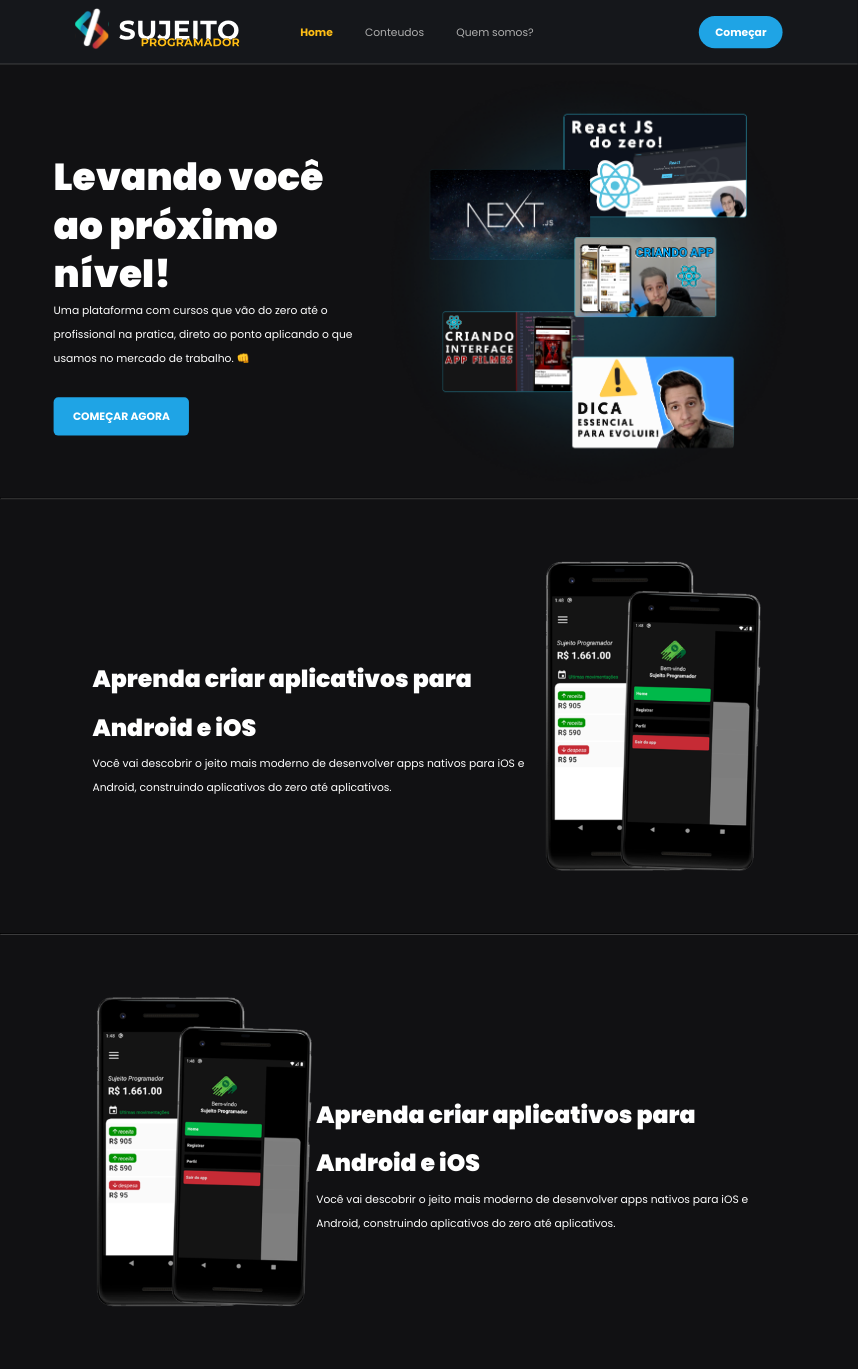
Repository: ArthurHendrich/Blog
Page: /
The author's editor kept a copy of each file at every save. The page is drawn from the files as they stood at one save, then again after the next save.
The browser window is 1280 px wide. The pictures show the whole page, at 67% of full size.
The project was rebuilt for these pictures with package versions that can differ from the ones it lists, and the page was loaded fresh each time. The framework's server and built-in components were replaced by stand-ins that run in the browser. Also part of the build but not shown: next.config.js.

Above is the page before, as saved 2022-07-05 23:55:34.

After the next save:
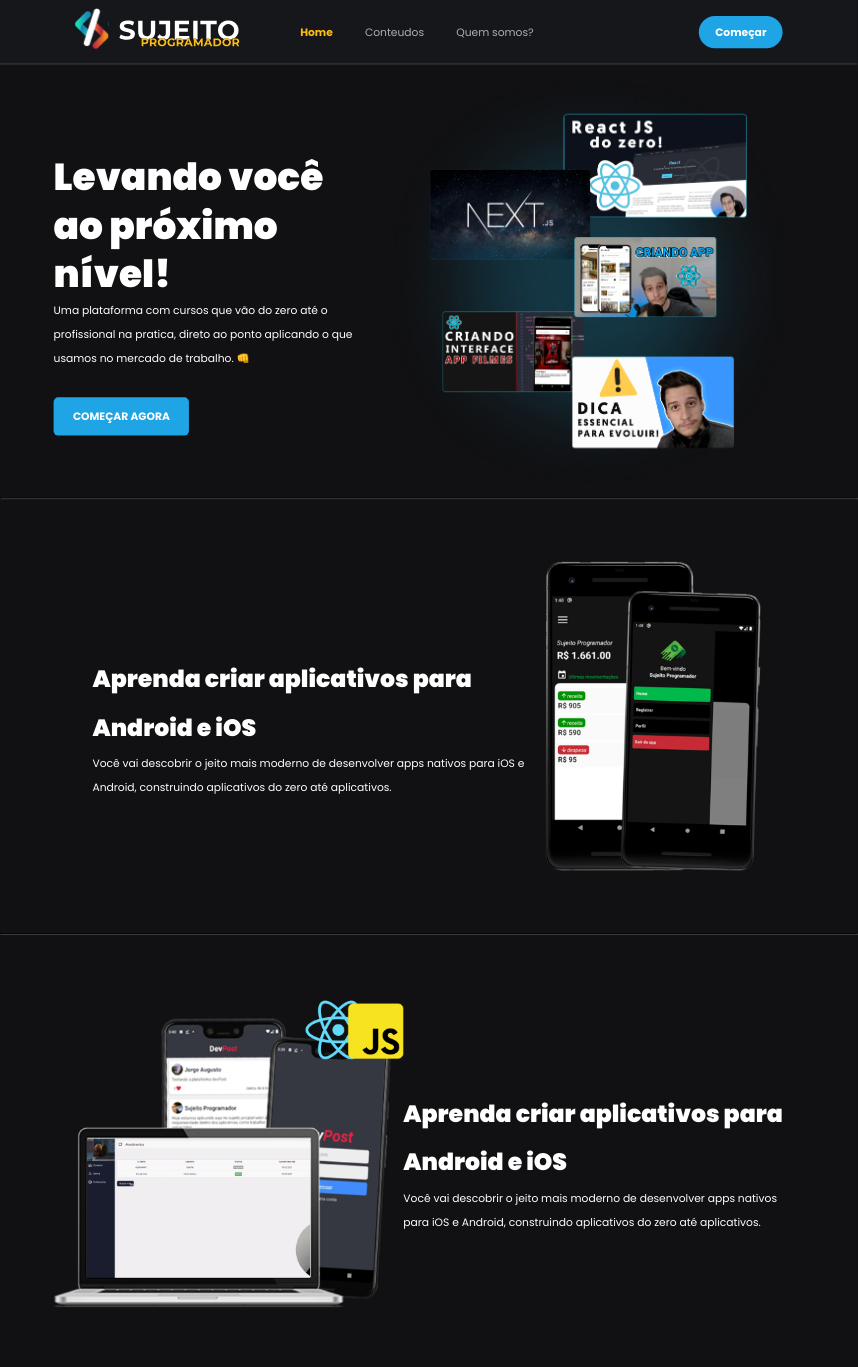
Saved 19 s later.
--- a/src/pages/index.tsx
+++ b/src/pages/index.tsx
@@ -37,7 +37,7 @@
       <hr className={styles.divisor} />
 
       <div className={styles.sectionContent} >
-        <img src="/images/financasApp.png" alt="conteudos mobile" />
+        <img src="/images/webDev.png" alt="dev Aplicação web" />
 
         <section>
           <h2>Aprenda criar  aplicativos para Android e iOS</h2>
